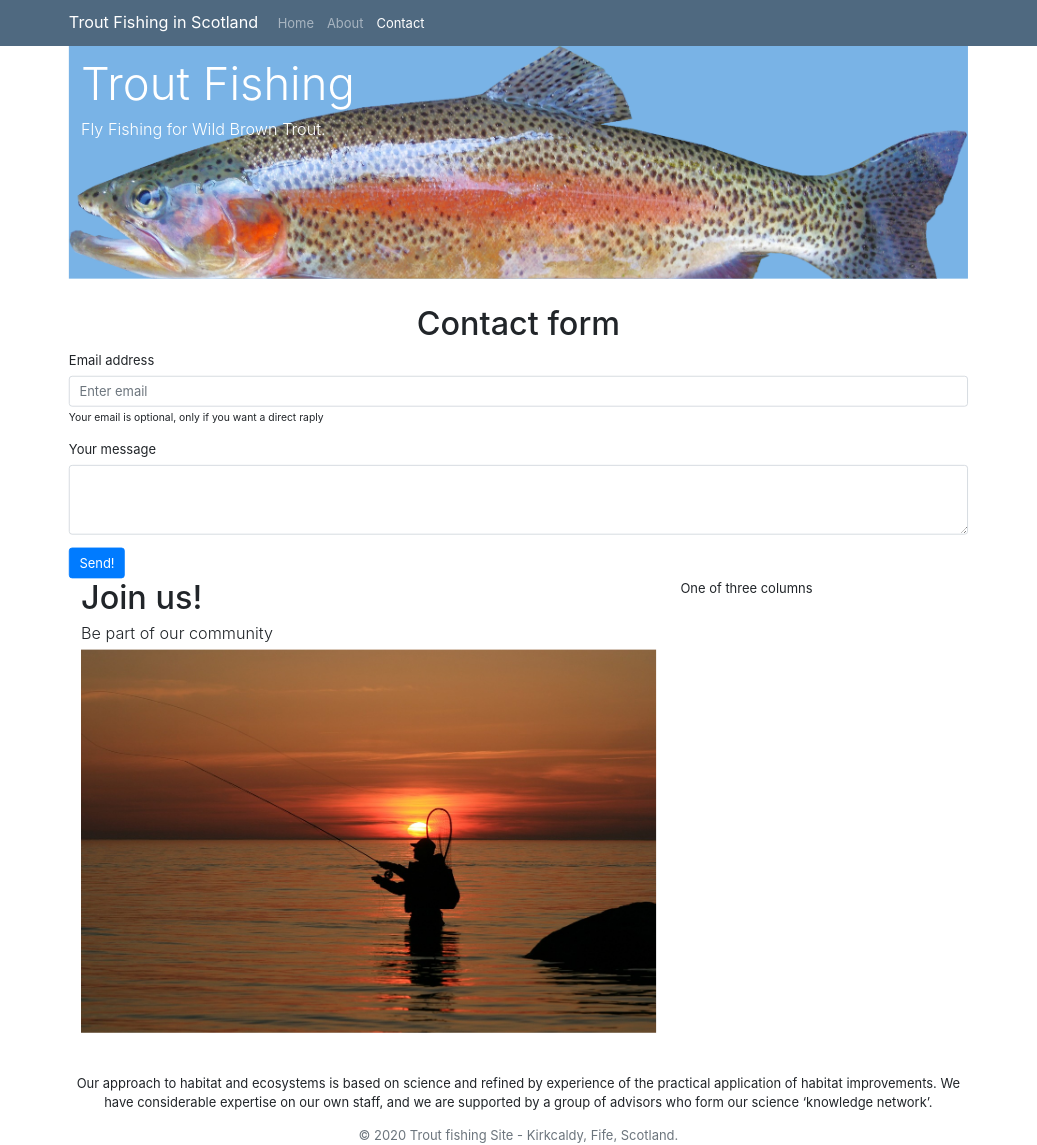
Repository: adrian9211/College_project
Page: contact.html
The author's editor kept a copy of each file at every save. The page is drawn from the files as they stood at one save, then again after a run of saves.
The browser window is 1280 px wide. The pictures show the whole page, at 81% of full size.

Above is the page before, as saved 2020-11-04 09:38:05.

After the next 2 saves:
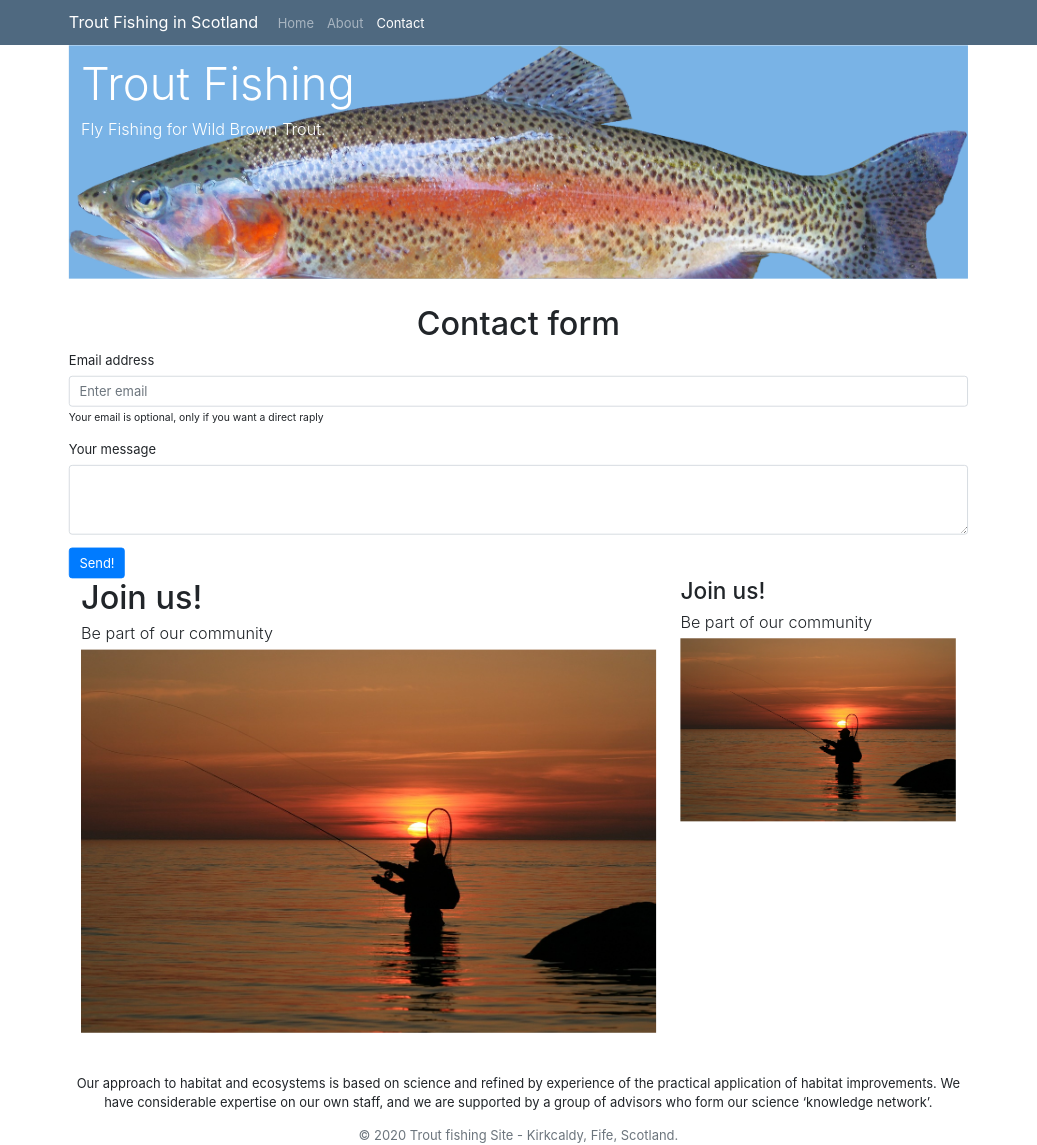
The 2 saves are shown as one change because they came seconds apart.
The last was saved 32 s later.
--- a/contact.html
+++ b/contact.html
@@ -73,7 +73,12 @@
 
           </div>
           <div class="col-sm-4">
-            One of three columns
+            <h3>
+              Join us!
+            </h3>
+            <h2 class="lead">Be part of our community</h2>
+            <img src="img/large/angler-3308264_1280.jpg" alt="angler" class="img-fluid">
+
           </div>
         </div>
       </div>
